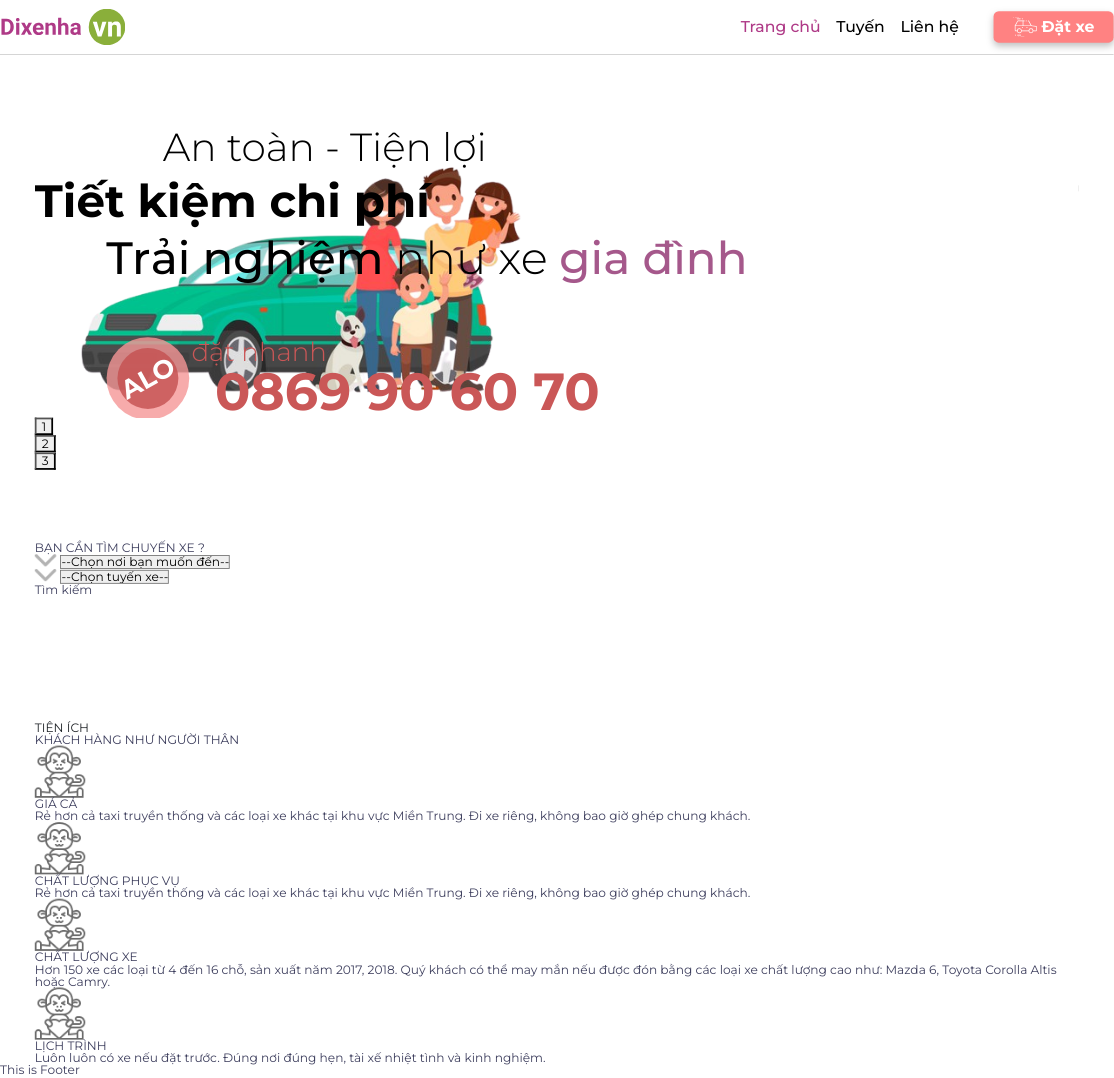
Repository: thanhthien0706/last_project--fe004
Page: lastProductF004/dist/index.html
An editor plug-in stored every save of this project. The page is shown before and after the next save, followed by the edit.
The browser window is 1280 px wide. The pictures show the whole page, at 87% of full size.
Some web libraries are served in a nearby version. The style sheet was rebuilt from its Sass, Less or Tailwind sources for each picture, by a compiler version that may differ from the author's.

Above is the page before, as saved 2021-09-16 20:16:18.

### lastProductF004/dist/index.html
<html lang="vi">

<head>
  <!-- include head.html -->
  <title>Trang web cho thuê xe Đà Nẵng - Hội An</title>
<meta name="viewport" content="width=device-width, initial-scale=1, shrink-to-fit=no">
<meta http-equiv="Content-type" content="text/html;charset=UTF-8">

<!-- favicon -->
<link href="/images/favicon.ico" type="image/x-icon" rel="icon">
<!-- meta social -->
<meta name="twitter:card" content="" />
<meta name="twitter:site" content="" />
<meta name="twitter:creator" content="" />
<meta property="og:description" content="" />
<meta property="og:image" content="" />
<meta property="og:site_name" content="">
<meta property="og:title" content="" />
<meta property="og:type" content="">
<meta property="og:url" content="" />
<link rel="apple-touch-icon" sizes="180x180" href="/images/favicon/apple-touch-icon.png">
<link rel="icon" type="image/png" sizes="32x32" href="/images/favicon/favicon-32x32.png">
<link rel="icon" type="image/png" sizes="16x16" href="/images/favicon/favicon-16x16.png">

<link rel="manifest" href="/manifest.json">

<meta name="mobile-web-app-capable" content="yes">
<meta name="apple-mobile-web-app-capable" content="yes">
<meta name="application-name" content="Short name web app">
<meta name="apple-mobile-web-app-title" content="Short name web app">
<meta name="theme-color" content="#00a849">
<meta name="msapplication-navbutton-color" content="#00a849">
<meta name="apple-mobile-web-app-status-bar-style" content="black-translucent">
<meta name="msapplication-starturl" content="/">


  <!-- include styles.html -->
  <link href="https://fonts.googleapis.com/css?family=Roboto|Roboto+Condensed|Roboto+Mono|Roboto+Slab&display=swap"
    rel="stylesheet">
<link href="https://fonts.googleapis.com/icon?family=Material+Icons" rel="stylesheet">


<!-- boostrap -->
<link rel="stylesheet" href="https://stackpath.bootstrapcdn.com/bootstrap/4.4.1/css/bootstrap.min.css"
    integrity="sha384-Vkoo8x4CGsO3+Hhxv8T/Q5PaXtkKtu6ug5TOeNV6gBiFeWPGFN9MuhOf23Q9Ifjh" crossorigin="anonymous">
<link rel="stylesheet" href="https://use.fontawesome.com/releases/v5.8.2/css/all.css"
    integrity="sha384-oS3vJWv+0UjzBfQzYUhtDYW+Pj2yciDJxpsK1OYPAYjqT085Qq/1cq5FLXAZQ7Ay" crossorigin="anonymous">

<link rel="stylesheet" href="https://unpkg.com/swiper/swiper-bundle.css">
<link rel="stylesheet" href="https://unpkg.com/swiper/swiper-bundle.min.css">

<link href="https://unpkg.com/aos@2.3.1/dist/aos.css" rel="stylesheet">

<!-- build:css(.tmp) style/style.min.css -->
<!-- <link rel="stylesheet" type="text/css" media="screen" href="styles/main.scss"/> -->
<link rel="stylesheet" type="text/css" media="screen" href="css/main.css" />
<!-- endbuild -->
</head>

<body class="wrapper">
  <header class="main_header">
  <div class="container_edit">
    <div class="box_main_content">
      <div class="box_logo">
        <img src="../../images/logo.svg" alt="logo" class="img_logo">
      </div>
      <div class="box_main_menu">
        <ul class="lista_menu">
          <li class="item_list">
              <a href="#" class="active">Trang chủ</a>
          </li>
          <li class="item_list">
              <a href="#">Tuyến</a>
          </li>
          <li class="item_list">
              <a href="#">Liên hệ</a>
          </li>
        </ul>
        <a href="#" class="btn_dat_xe">
          <img src="images/icon/ic_car-1.svg" alt="">
          <span class="text">Đặt xe</span>
        </a>
      </div>
    </div>
  </div>

</header>

  <section>

    <section class="section_01">
      <div class="container_new_edit">
        <div class="box_main_slide">
          <!-- slide 1 -->
          <div class="box_content_slide">

            <div class="box_slogan">
              <p class="slogan_1">An toàn - Tiện lợi</p>
              <p class="slogan_2">Tiết kiệm chi phí</p>
              <p class="slogan_3"><span class="sp_slogan_1">Trải nghiệm</span> như xe <span class="sp_slogan_2">gia đình</span></p>
            </div>

            <div class="box_contact">
              <div class="box_icon">
                <div class="shape_1"></div>
                <div class="shape_2"></div>
                <p class="icon">ALO</p>
              </div>
              <div class="box_text">
                <p>đặt nhanh</p>
                <p class="sdt">
                  0869 90 60 70
                </p>
              </div>
            </div>

            <div class="box_img">
              <img src="images/bg/bg_image-1.png" alt="">
            </div>

          </div>

          <!-- slide 2 -->
          <div class="box_content_slide">

            <div class="box_slogan">
              <p class="slogan_1">An toàn - Tiện lợi</p>
              <p class="slogan_2">Tiết kiệm chi phí</p>
              <p class="slogan_3"><span class="sp_slogan_1">Trải nghiệm</span> như xe <span class="sp_slogan_2">gia đình</span></p>
            </div>

            <div class="box_contact">
              <div class="box_icon">
                <div class="shape_1"></div>
                <div class="shape_2"></div>
                <p class="icon">ALO</p>
              </div>
              <div class="box_text">
                <p>đặt nhanh</p>
                <p class="sdt">
                  0869 90 60 70
                </p>
              </div>
            </div>

            <div class="box_img">
              <img src="images/bg/bg_image-1.png" alt="">
            </div>

          </div>

          <!-- slide 3 -->
          <div class="box_content_slide">

            <div class="box_slogan">
              <p class="slogan_1">An toàn - Tiện lợi</p>
              <p class="slogan_2">Tiết kiệm chi phí</p>
              <p class="slogan_3"><span class="sp_slogan_1">Trải nghiệm</span> như xe <span class="sp_slogan_2">gia đình</span></p>
            </div>

            <div class="box_contact">
              <div class="box_icon">
                <div class="shape_1"></div>
                <div class="shape_2"></div>
                <p class="icon">ALO</p>
              </div>
              <div class="box_text">
                <p>đặt nhanh</p>
                <p class="sdt">
                  0869 90 60 70
                </p>
              </div>
            </div>

            <div class="box_img">
              <img src="images/bg/bg_image-1.png" alt="">
            </div>

          </div>

        </div>
      </div>
    </section>
    <section class="section_02">
      <div class="container_new_edit">
        <div class="row_edit">
          <div class="box_left">
            <p>BẠN CẦN TÌM CHUYẾN XE ?</p>
            <section class="section_list_sec">

              <div class="box_main--sec">
                <span class="arrow">
                  <img src="images/icon/ic_arrow--down.png" alt="">
                </span>
                <select name="" id="" class="select_main">
                  <option value="1">--Chọn nơi bạn muốn đến--</option>
                  <option value="1">Đà nẵng</option>
                  <option value="1">Nha Trang</option>
                  <option value="1">Huế</option>
                </select>
              </div>

              <div class="box_main--sec">
                <span class="arrow">
                  <img src="images/icon/ic_arrow--down.png" alt="">
                </span>
                <select name="" id="" class="select_main">
                  <option value="1">--Chọn tuyến xe--</option>
                  <option value="1">Tuyến 1</option>
                  <option value="1">Tuyến 2</option>
                  <option value="1">Tuyến 3</option>
                </select>
              </div>

              <a href="#" class="btn_search">Tìm kiếm</a>
            </section>
          </div>
          <div class="box_right">
            <img src="images/bg/bg_img-2.svg" alt="">
          </div>
        </div>
      </div>
    </section>
    <section class="section_03">
      <div class="container_new_edit">
        <div class="box_header">
          <span>TIỆN ÍCH</span>
          <h2>KHÁCH HÀNG NHƯ NGƯỜI THÂN</h2>
        </div>
        <div class="box_tien-ich_main">
          <div class="box_grid">
            <div class="item_grid">
              <div class="box_conten">
                <div class="box_logo">
                  <img src="images/icon/ic_monkey.png" alt="">
                </div>
                <div class="box_text--main">
                  <h2>GIÁ CẢ</h2>
                  <p>
                    Rẻ hơn cả taxi truyền thống và các loại xe khác tại khu vực Miền Trung.
                    Đi xe riêng, không bao giờ ghép chung khách.
                  </p>
                </div>
              </div>
            </div>
            <div class="item_grid">
              <div class="box_conten">
                <div class="box_logo">
                  <img src="images/icon/ic_monkey.png" alt="">
                </div>
                <div class="box_text--main">
                  <h2>CHẤT LƯỢNG PHỤC VỤ</h2>
                  <p>
                    Rẻ hơn cả taxi truyền thống và các loại xe khác tại khu vực Miền Trung.
                    Đi xe riêng, không bao giờ ghép chung khách.
                  </p>
                </div>
              </div>
            </div>
            <div class="item_grid">
              <div class="box_conten">
                <div class="box_logo">
                  <img src="images/icon/ic_monkey.png" alt="">
                </div>
                <div class="box_text--main">
                  <h2>CHẤT LƯỢNG XE</h2>
                  <p>
                    Hơn 150 xe các loại từ 4 đến 16 chỗ, sản xuất năm 2017, 2018.
                    Quý khách có thể may mắn nếu được đón bằng các loại xe chất lượng cao
                    như: Mazda 6, Toyota Corolla Altis hoặc Camry.
                  </p>
                </div>
              </div>
            </div>
            <div class="item_grid">
              <div class="box_conten">
                <div class="box_logo">
                  <img src="images/icon/ic_monkey.png" alt="">
                </div>
                <div class="box_text--main">
                  <h2>LỊCH TRÌNH</h2>
                  <p>
                    Luôn luôn có xe nếu đặt trước.
                    Đúng nơi đúng hẹn, tài xế nhiệt tình và kinh nghiệm.
                  </p>
                </div>
              </div>
            </div>
          </div>
        </div>
      </div>
    </section>

  </section>
  <footer class="main_footer">
        <h1>This is Footer</h1>
</footer>

  <!-- include scripts.html -->
  <!-- boostrap -->
<script src="https://ajax.googleapis.com/ajax/libs/jquery/3.4.1/jquery.min.js"></script>
<!-- <script src="https://code.jquery.com/jquery-3.3.1.slim.min.js"
        integrity="sha384-q8i/X+965DzO0rT7abK41JStQIAqVgRVzpbzo5smXKp4YfRvH+8abtTE1Pi6jizo"
        crossorigin="anonymous"></script> -->
<script src="https://cdnjs.cloudflare.com/ajax/libs/popper.js/1.14.7/umd/popper.min.js"
        integrity="sha384-UO2eT0CpHqdSJQ6hJty5KVphtPhzWj9WO1clHTMGa3JDZwrnQq4sF86dIHNDz0W1"
        crossorigin="anonymous"></script>
<script src="https://stackpath.bootstrapcdn.com/bootstrap/4.3.1/js/bootstrap.min.js"
        integrity="sha384-JjSmVgyd0p3pXB1rRibZUAYoIIy6OrQ6VrjIEaFf/nJGzIxFDsf4x0xIM+B07jRM"
        crossorigin="anonymous"></script>



<!-- build:js script/script.min.js -->
<script type="text/javascript" src="js/slick.js"></script>
<script type="text/javascript" src="js/script.js"></script>
<!-- endbuild -->

<script src="https://unpkg.com/aos@2.3.1/dist/aos.js"></script>
</body>

</html>

### lastProductF004/src/styles/main.scss
// ----------------------------------------------------------------------
// Font
// ----------------------------------------------------------------------
@import url('https://fonts.googleapis.com/css?family=Roboto:300,400,500,700,900&subset=vietnamese');
@import url('https://cdnjs.cloudflare.com/ajax/libs/font-awesome/5.15.1/css/all.min.css');
// ----------------------------------------------------------------------
// Base
// ----------------------------------------------------------------------
@import "base/reset";
@import "base/fonts";
@import "base/base";

// ----------------------------------------------------------------------
// Layout
// ----------------------------------------------------------------------
@import "layout/slick";
@import "layout/global";
@import "layout/keyframes";
@import "layout/header";
@import "layout/footer";

// ----------------------------------------------------------------------
// Pages
// ----------------------------------------------------------------------
@import "pages/homepage";

### lastProductF004/src/styles/base/_fonts.scss
@import url('https://fonts.googleapis.com/css2?family=Montserrat:wght@100;200;300;400;500;600;700;800;900&display=swap');
// font-family: 'Montserrat', sans-serif;

### lastProductF004/src/styles/layout/_keyframes.scss
@include keyframes(faderighttoleft) {
    from {
        opacity: 0;
        right: -50px;
    }

    to {
        opacity: 1;
        right: 0;
    }
}

@include keyframes(face_text_slide) {
    from {
        opacity: 0;
        top: 20px;
    }

    to {
        opacity: 1;
        top: 0;
    }
}
@include keyframes(showcar_home) {
    from {
        opacity: 0;
        visibility: hidden;
        bottom: -10px;
    }

    to {
        opacity: 1;
        visibility: visible;
        bottom: 0;
    }
}

@include keyframes(showcar) {
    from {
        opacity: 0;
        visibility: hidden;
        bottom: -10px;
    }

    to {
        opacity: 1;
        visibility: visible;
        bottom: -24px;
    }
}

@include keyframes(xoayphone) {
    0% {
        @include xoay(-45deg);
    }

    50% {
        @include xoay(25deg);
    }

    100% {
        @include xoay(0deg);
    }
}

@include keyframes(onloadtabs) {
    from {
        opacity: 0;
        visibility: hidden;
        left: -10px;
    }

    to {
        opacity: 1;
        visibility: visible;
        left: 0;
    }
}

@include keyframes(showhomecar) {
    from {
        opacity: 0;
        visibility: hidden;
        min-height: 0;
        bottom: -20px;
    }

    to {
        opacity: 1;
        visibility: visible;
        min-height: 240px;
        bottom: 0;
    }
}

### lastProductF004/src/styles/layout/_header.scss
.container_edit{
    max-width: 1360px;
    width: 100%;
    margin: 0 auto;
}

.main_header{
    padding: 10px 0;
    background-color: #fff;
    border-bottom: 1px solid rgba(0, 0, 0, 0.22);
    .box_main_content{
        display: flex;
        flex-direction: row;
        justify-content: space-between;
        align-items: center;
        .box_logo{
            img{
                width: auto;
                height: 42px;
                object-fit: cover;
            }
        }
        .box_main_menu{
            display: flex;
            flex-direction: row;
            justify-self: center;
            align-items: center;
            .lista_menu{
                display: flex;
                flex-direction: row;
                justify-content: space-between;
                align-items: center;
                margin-right: 40px;
                .item_list{
                    margin-right:18px;
                    a{
                        font-size:18px;
                        color:#000;
                        font-weight: 500;
                        text-decoration: none;
                        transition: 0.5s;
                        &.active{
                            color:#AF3A87;
                        }
                        &:hover{
                            color:#AF3A87;
                        }
                    }
                    &:last-child{
                        margin-right:0;
                    }
                }
            }
            .btn_dat_xe{
                display: flex;
                flex-direction: row;
                justify-content: space-between;
                align-items: center;
                padding: 6px 22px;
                background-color: #FF8282;
                border-radius: 6px;
                text-decoration: none;
                filter: drop-shadow(0px 4px 4px rgba(0, 0, 0, 0.25));
                transition: 0.5s;
                &:hover{
                    opacity: 0.8;
                }
                img{
                    margin-right: 5px;
                }
                span{
                    font-size:18px;
                    color:#fff;
                    font-weight: bold;
                }
            }
        }
    }
}

### lastProductF004/src/styles/pages/_homepage.scss
html {
    scroll-behavior: smooth;
}

.container_new_edit{
    max-width: 1200px;
    width: 100%;
    margin: 0 auto;
}

.section_01{
    min-height:500px;
    padding: 83px 0;
    // width: 100%;
    .box_main_slide{
        .box_content_slide{
            position: relative;
            height: 334px;
            .box_slogan{
                position: absolute;
                top: 0;
                left: 0;
                .slogan_1{
                    @include font_size(45);
                    font-weight: 300;
                    color: #000;
                    margin-bottom: 14px;
                    margin-left: 147px;
                }
                .slogan_2{
                    @include font_size(52);
                    font-weight: bold;
                    color: #000;
                    margin-bottom: 14px;
                }
                .slogan_3{
                    @include font_size(52);
                    font-weight: 300;
                    color: #000;
                    margin-bottom: 14px;
                    margin-left: 82px;

                    .sp_slogan_1{
                        font-weight: 500;
                    }
                    .sp_slogan_2{
                        font-weight:500;
                        color: rgba(135, 32, 100, 0.75);
                    }
                }
            }
            .box_contact{
                position: absolute;
                display: flex;
                flex-direction: row;
                align-items: center;
                bottom: 0;
                left: 130px;
                .box_icon{
                    position: relative;
                    .shape_1{
                        position: absolute;
                        width: 95px;
                        height: 95px;
                        background-color:  rgba(245, 151, 151, 0.8);
                        top: 50%;
                        left: 50%;
                        transform: translate(-50%,-50%);
                        border-radius: 50%;
                    }
                    .shape_2{
                        position: absolute;
                        width: 70px;
                        height: 70px;
                        background-color: rgba(197, 81, 81, 0.8);
                        top: 50%;
                        left: 50%;
                        transform: translate(-50%,-50%);
                        border-radius: 50%;
                    }
                    p{
                        @include font_size(30);
                        font-weight: bold;
                        color: #fff;
                        text-align: center;
                        position: absolute;
                        top: 50%;
                        left: 50%;
                        transform: translate(-50%, -50%) rotate(-29deg);
                    }
                }

                .box_text{
                    margin-left: 50px;
                    p{
                        @include font_size(30);
                        font-weight: 300;
                        color: #CA5757;;
                    }
                    .sdt{
                        @include font_size(60);
                        font-weight: bold;
                        margin-left: 27px;
                    }
                }
            }
            .box_img{
                img{
                    width: auto;
                    height: 365px;
                    object-fit: cover;
                }
            }
        }
    }
}

Loaded but not shown: lastProductF004/dist/js/slick.js (library); lastProductF004/src/styles/base/_reset.scss (common file); lastProductF004/src/styles/layout/_slick.scss (common file); lastProductF004/dist/js/script.js (13 lines, source omitted); lastProductF004/src/styles/base/_base.scss (976 lines, source omitted); lastProductF004/src/styles/layout/_global.scss (187 lines, source omitted); lastProductF004/src/styles/layout/_footer.scss (no stored copy; drawn as an empty file)

After the next save:
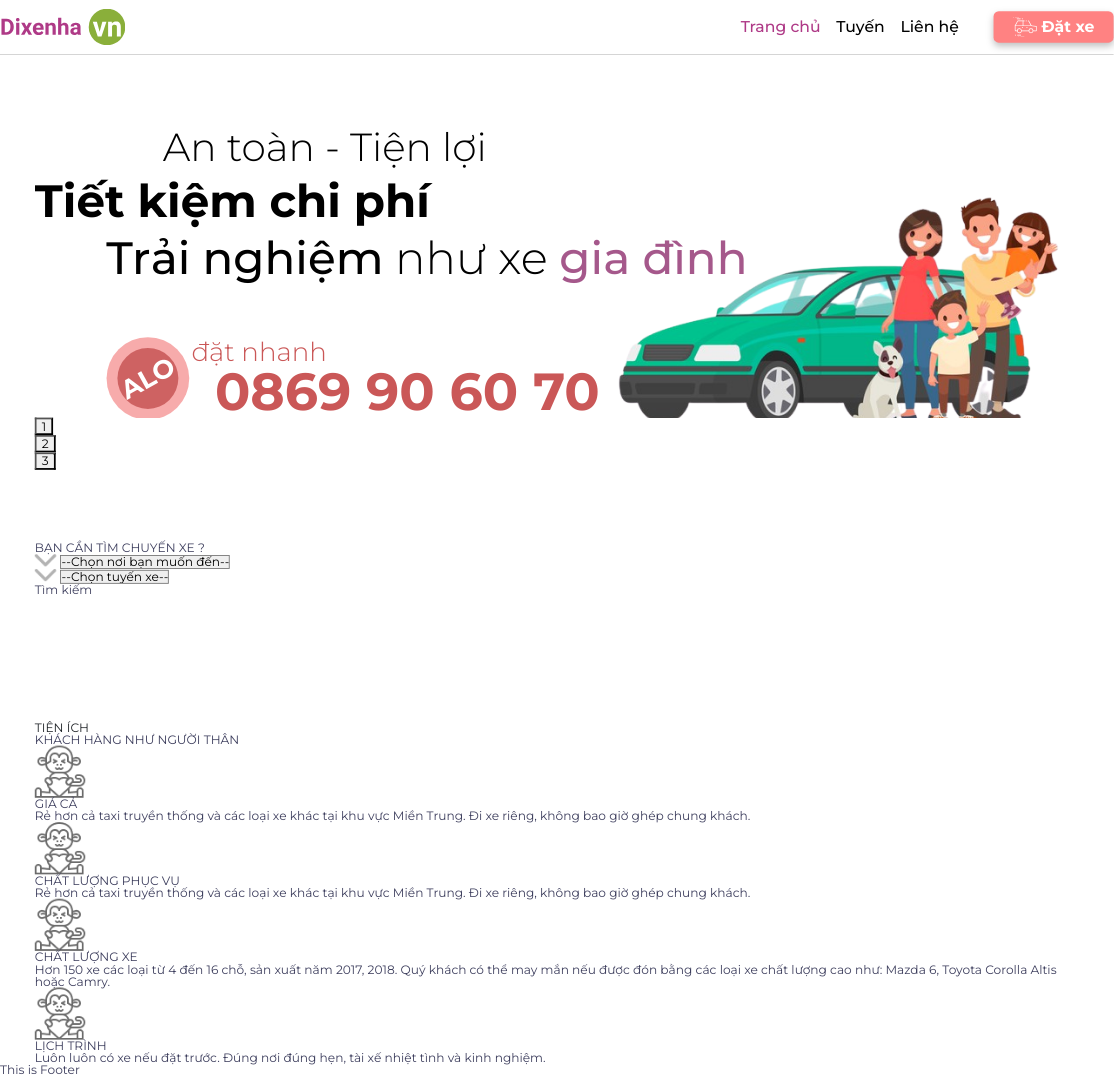
Saved 105 s later.
--- a/lastProductF004/src/styles/pages/_homepage.scss
+++ b/lastProductF004/src/styles/pages/_homepage.scss
@@ -105,6 +105,9 @@ html {
                 }
             }
             .box_img{
+                position: absolute;
+                right: -44px;
+                bottom: -66px;
                 img{
                     width: auto;
                     height: 365px;
